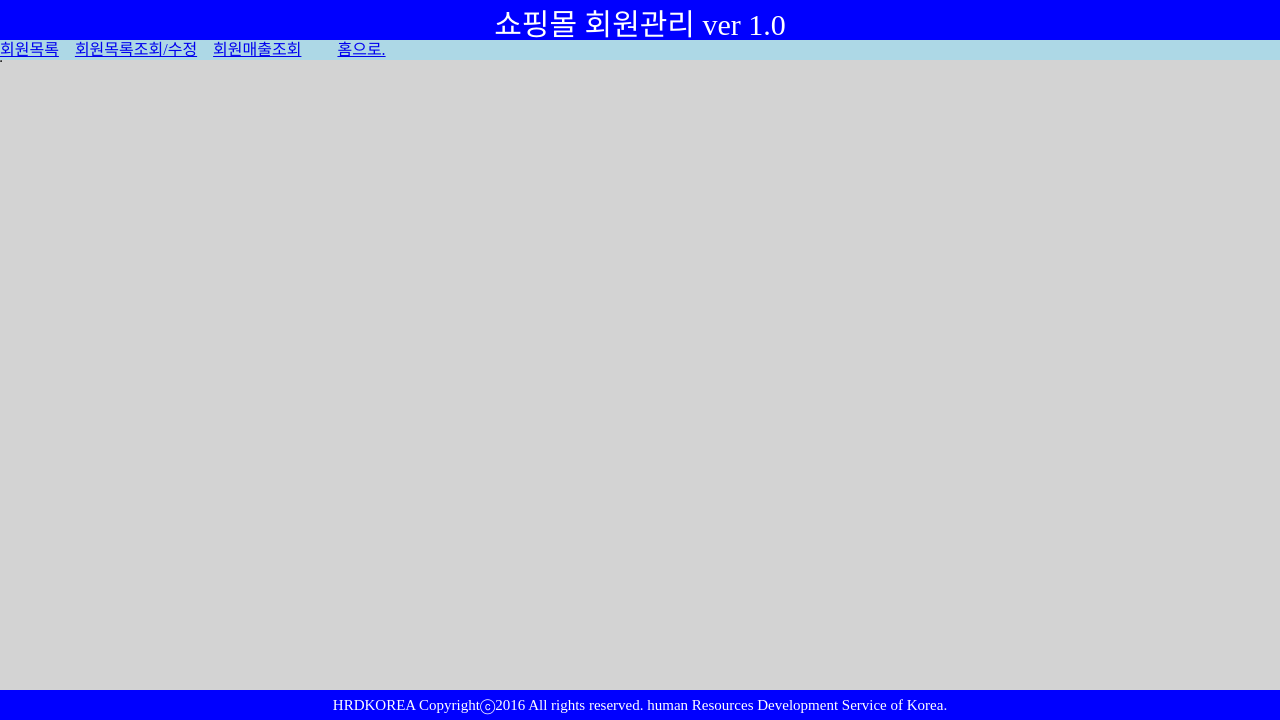
Repository: RnfElwl/youtube_infoT
Page: http://localhost/HRD_30812/list.jsp
The author's editor kept a copy of each file at every save. The page is drawn from the files as they stood at one save, then again after the next save.
The browser window is 1280 px wide. The pictures show the whole page.
The page is served by Tomcat 9. Other server files are loaded and not shown.

Above is the page before, as saved 2022-03-21 14:49:09.

### HRD_30812/src/main/webapp/list.jsp
<%@ page language="java" contentType="text/html; charset=UTF-8"
    pageEncoding="UTF-8"%>
<!DOCTYPE html>
<html>
<head>
<meta charset="UTF-8">
<title>Insert title here</title>
</head>
<body style="margin:0; padding:0;">
	<jsp:include page="header.jsp"/>

	<section style="position:fixed; top:60px; width:100%; height:100%; background-color:lightgray ">
	 <h2 style="text-align:center">회원목록조회/수정</h2><br>

	 <form style="position:fixed; top:60px; width:100%; height:100%; background-color:lightgray ">
	 <table border="1"></table>
	 </form>

	</section>
	<jsp:include page="footer.jsp"/>
</body>
</html>

### HRD_30812/src/main/webapp/header.jsp
<%@ page language="java" contentType="text/html; charset=UTF-8"
    pageEncoding="UTF-8"%>
<!DOCTYPE html>
<html>
<head>
<meta charset="UTF-8">
<title>header</title>
</head>
<body>
<header style="position:fixed; top:0px; width:100%; height:40px;
	background-color:blue; color:white; font-size:30px; text-align:center;
	 line-height:40px '"> 쇼핑몰 회원관리 ver 1.0</header>
	 <nav style="position:fixed; top:40px; width:100%; height:20px;
	background-color:lightblue; color:white; line-height:20px ">
	<a href="join.jsp">회원목록</a> &nbsp;&nbsp;
	<a href="list.jsp">회원목록조회/수정</a> &nbsp;&nbsp;
	<a href="salary.jsp">회원매출조회</a> &nbsp; &nbsp; &nbsp; &nbsp;
	<a href="index.jsp">홈으로.</a>
	</nav>
</body>
</html>

### HRD_30812/src/main/webapp/footer.jsp
<%@ page language="java" contentType="text/html; charset=UTF-8"
    pageEncoding="UTF-8"%>
<!DOCTYPE html>
<html>
<head>
<meta charset="UTF-8">
<title>footer</title>
</head>
<body>
	<footer style="position:fixed; bottom:0px; width:100%; height:30px;
	background-color:blue; color:white; text-align:center; line-height:30px; font-size:15px ">
	 HRDKOREA Copyrightⓒ2016 All rights reserved. human Resources Development Service of Korea.
	 </footer>
</body>
</html>

After the next save:
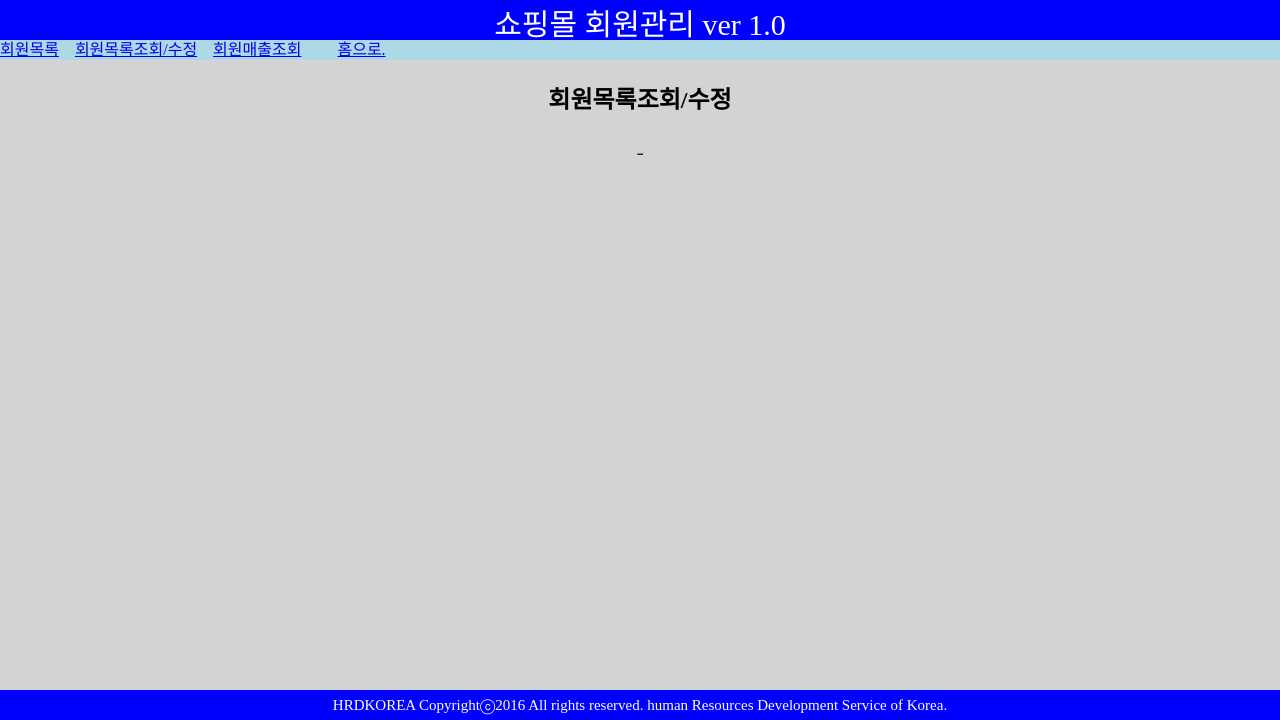
Saved 11 min 59 s later.
--- a/HRD_30812/src/main/webapp/list.jsp
+++ b/HRD_30812/src/main/webapp/list.jsp
@@ -12,7 +12,7 @@
 	<section style="position:fixed; top:60px; width:100%; height:100%; background-color:lightgray ">
 	 <h2 style="text-align:center">회원목록조회/수정</h2><br>
 
-	 <form style="position:fixed; top:60px; width:100%; height:100%; background-color:lightgray ">
+	 <form style="display:flex; justify-content: center; align-items: center ">
 	 <table border="1"></table>
 	 </form>
 
